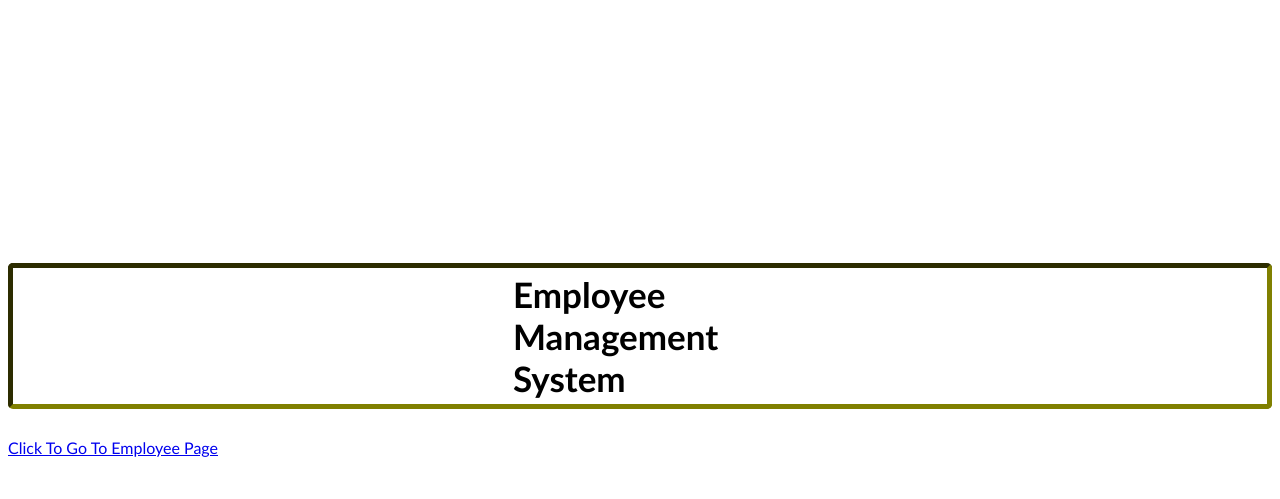
Repository: prieeyatambe/priyatambe_SpringMavenHibernate
Page: http://localhost/Project/
An editor plug-in stored every save of this project. The page is shown before and after the next save, followed by the edit.
The browser window is 1280 px wide. The pictures show the whole page.
The page is served by Tomcat 9. Other server files are loaded and not shown.

Above is the page before, as saved 2024-03-06 07:16:08.

### SpringMaven/mavenproject/Project/src/main/webapp/index.jsp
<html>
<head>
<style type="text/css">
body{
	align-content: center;
}
h2{
	font-size: 35px;
	font-family: 'Trebuchet MS', 'Lucida Sans Unicode', 'Lucida Grande', 'Lucida Sans', Arial, sans-serif;
	border: 5px olive inset;
	padding: 5px 500px 5px 500px;
	border-radius: 5px;
}
a{
    font-family: 'Trebuchet MS', 'Lucida Sans Unicode', 'Lucida Grande', 'Lucida Sans', Arial, sans-serif;
}
a:hover{
	color: teal;
}
</style>
</head>
<body>
<h2>Employee Management System</h2>
<a href="list">Click To Go To Employee Page</a>
</body>
</html>

After the next save:
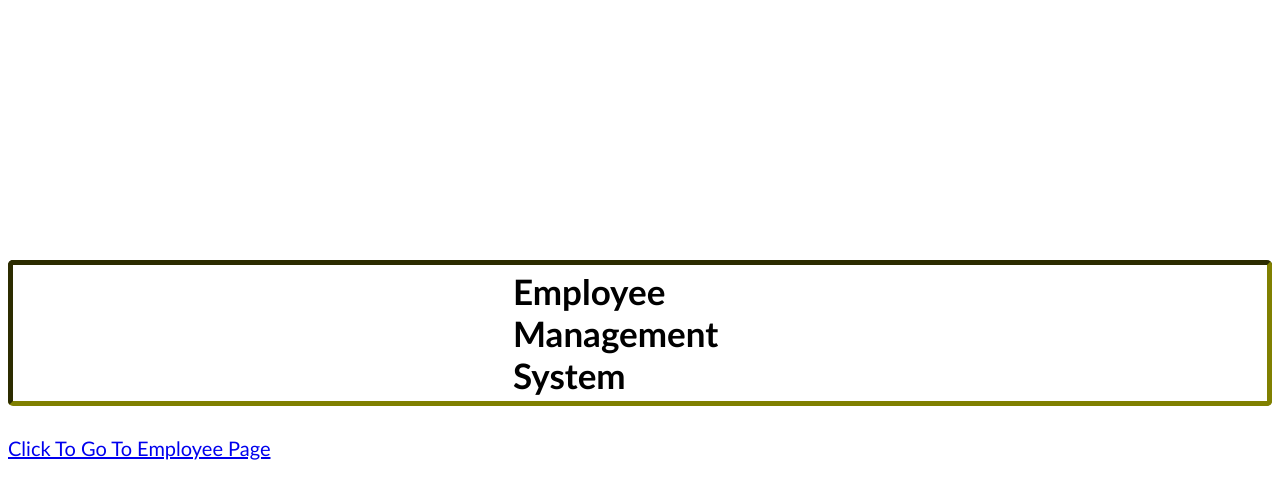
Saved 47 s later.
--- a/SpringMaven/mavenproject/Project/src/main/webapp/index.jsp
+++ b/SpringMaven/mavenproject/Project/src/main/webapp/index.jsp
@@ -13,6 +13,7 @@ h2{
 }
 a{
     font-family: 'Trebuchet MS', 'Lucida Sans Unicode', 'Lucida Grande', 'Lucida Sans', Arial, sans-serif;
+	font-size: 20px
 }
 a:hover{
 	color: teal;
